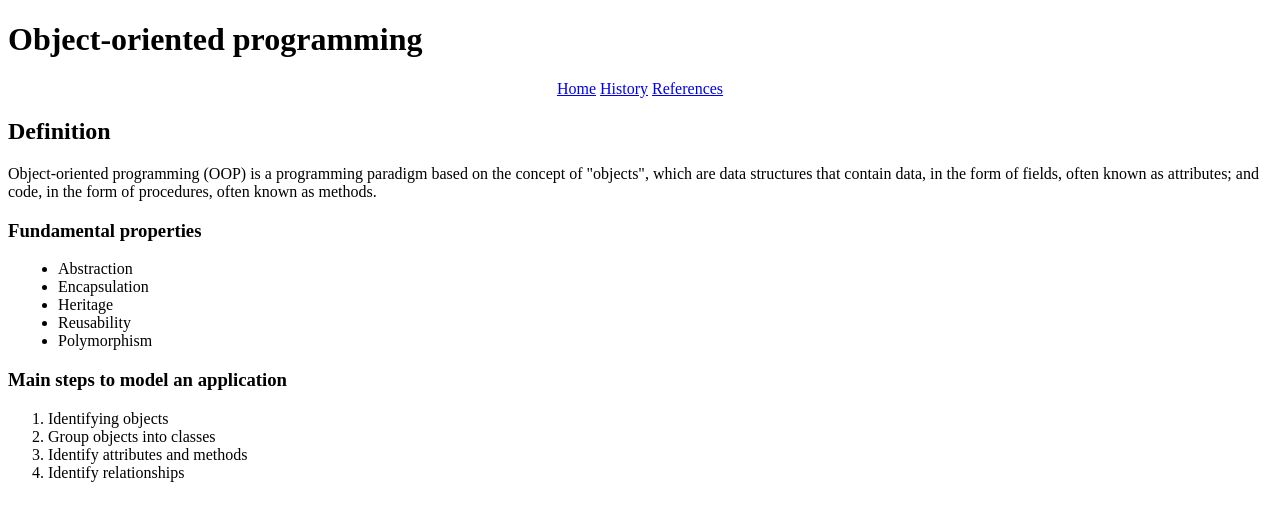
Repository: ReyesEvan/8.-Septimo_semestre
Page: Aplicaciones_en_ambientes_distribuidos/OOP/V3/home.html
The author's editor kept a copy of each file at every save. The page is drawn from the files as they stood at one save, then again after the next save.
The browser window is 1280 px wide. The pictures show the whole page.

Above is the page before, as saved 2019-09-30 18:27:02.

### Aplicaciones_en_ambientes_distribuidos/OOP/V3/home.html
<!DOCTYPE html>
<html>
    <head>
        <link type="text/css" rel="stylesheet" href="main.css">
    </head>
    <body>
        <div class='header'>
            <h1>Object-oriented programming</h1>
            <ul class="nav">
                <li><a href="home.html">Home</a></li>
                <li><a href="history.html">History</a></li>
                <li><a href="references.html">References</a></li>
            </ul>
        </div>
        <div class='main-content'>
            <h2>Definition</h2>
            <p>Object-oriented programming (OOP) is a programming paradigm based on the concept of "objects", which are data structures that contain data, in the form of fields, often known as attributes; and code, in the form of procedures, often known as methods.
            </p>
            <h3>Fundamental properties</h3>
            <ul>
                <li>Abstraction</li>
                <li>Encapsulation</li>
                <li>Heritage</li>
                <li>Reusability</li>
                <li>Polymorphism</li>
            </ul>
            <h3>Main steps to model an application</h3>
            <ol>
                <li>Identifying objects</li>
                <li>Group objects into classes</li>
                <li>Identify attributes and methods</li>
                <li>Identify relationships</li>
            </ol>
        </div>
    </body>
</html>

### Aplicaciones_en_ambientes_distribuidos/OOP/V3/main.css
body {
    padding: 0;
}

ul {
    padding: 0 0 0 50px;
}

.nav {
    padding-left: 0;
    margin: 5px 0 20px;
    text-align: center;
}

.nav li {
    display: inline;
}

After the next save:
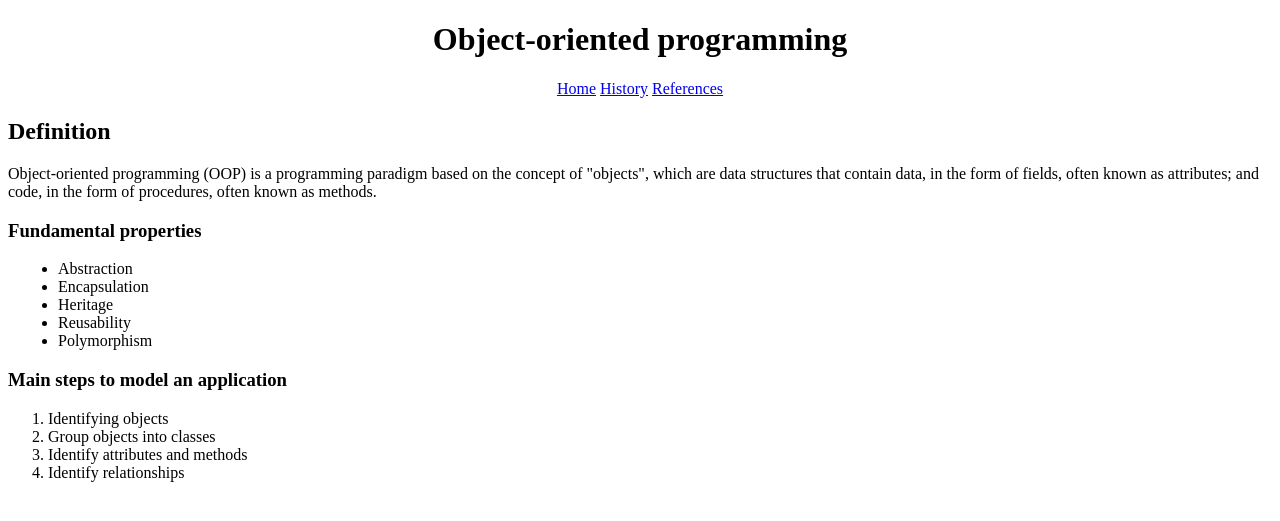
Saved 56 s later.
--- a/Aplicaciones_en_ambientes_distribuidos/OOP/V3/main.css
+++ b/Aplicaciones_en_ambientes_distribuidos/OOP/V3/main.css
@@ -1,5 +1,11 @@
 body {
     padding: 0;
+}
+
+h1 {
+    color: #ffffff
+    margin-bottom: 15px;
+    text-align: center;
 }
 
 ul {
